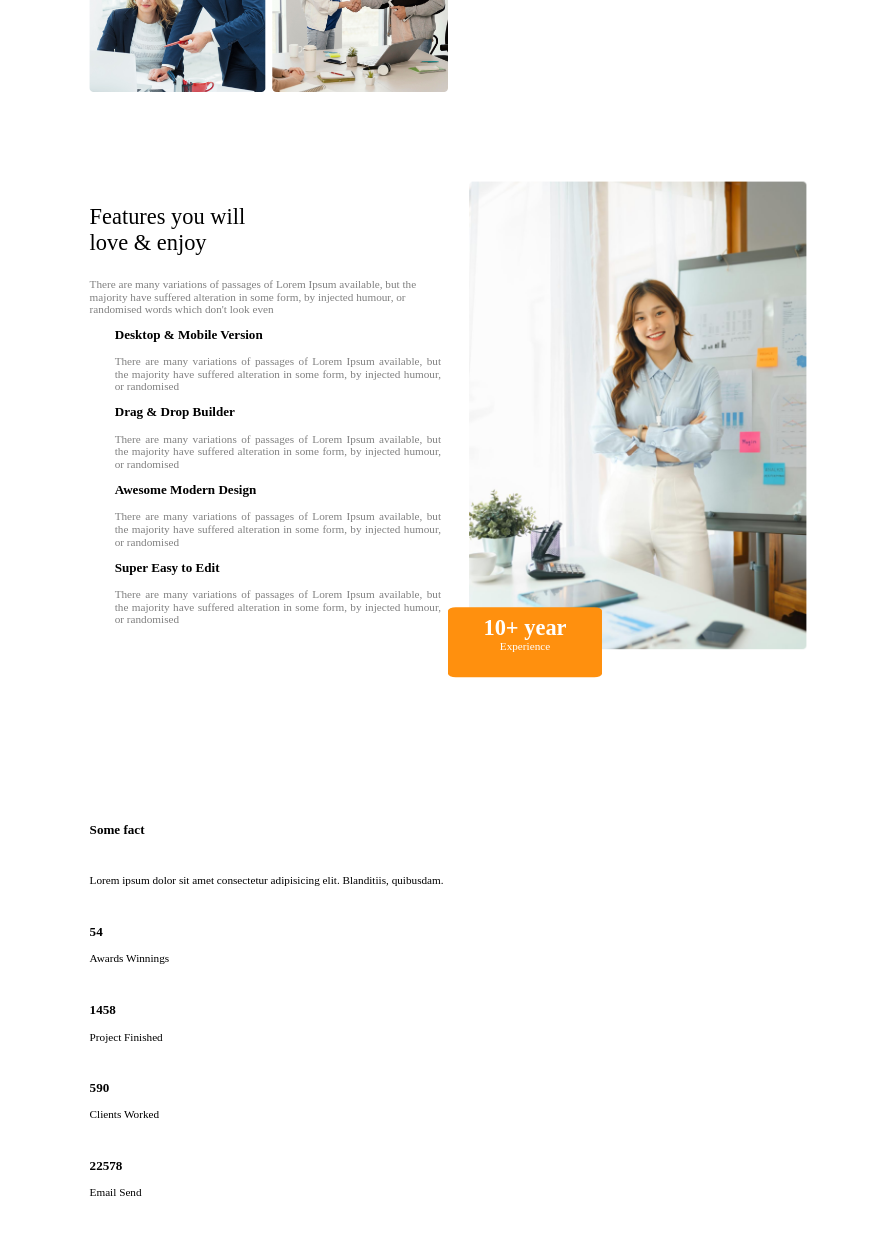
Repository: sadiaafsana138/Architect
Page: index.html
An editor plug-in stored every save of this project. The page is shown before and after the next save, followed by the edit.
The browser window is 1280 px wide. The pictures show the part of the page from y = 1458 to 3378 px (the page is 3251 px tall before and 3378 px after), at 70% of full size.

Above is the page before, as saved 2023-01-16 17:53:10.
Not found: images/icons/ecom.png
Not found: images/icons/js.png
Not found: images/icons/smoke.png

### index.html
<!DOCTYPE html>
<html lang="en">

<head>
  <meta charset="UTF-8" />
  <meta http-equiv="X-UA-Compatible" content="IE=edge" />
  <meta name="viewport" content="width=device-width, initial-scale=1.0" />
  <!-- CSS Stylesheet -->
  <link rel="stylesheet" href="style.css" />
  <title>G3 Architects</title>
</head>

<body>
  <!-- Head Section -->
  <header>
    <div class="top-head container">
      <div class="logo">
        <a href="">G3 Architects</a>
      </div>
      <nav class="navigation">
        <ul class="navigation-items">
          <li><a href="#">Home</a></li>
          <li><a href="#">About</a></li>
          <li><a href="#">Contact Us</a></li>
          <li><a href="#">Log In</a></li>
        </ul>
      </nav>
    </div>
    <div class="top-section container">
      <div class="top-bar-product">
        <div class="top-text">
          <h1>Brand New</h1>
          <h1>Group of Architects</h1>
          <p>
            There are many variations of passages of Lorem Ipsum available,
            but the majority have suffered <br>
            alteration in some form, by
            injected humour, or randomised words which don't look even
          </p>
          <br />
          <a href="#" class="link-btn">Explore More </a>
        </div>
        <div class="top-img">
          <img src="./images/banner.png" alt="" />
        </div>
      </div>
    </div>
  </header>
  <!--section Quick list of Our Features-->
  <section class="section-2">
    <div class="sec2div1">
      <img src="images/team1.png" alt="">

      </img>
      <img src="images/team2.png" alt="">

      </img>
      <img src="images/team3.png" alt="">

      </img>
      <img src="images/team4.png" alt="">

      </img>
    </div>
    <div class="sec2div2">
      <h2><span class="sp1">Quick list</span> of Our <br>
        <span id="sp2">Features</span>
      </h2>
      <p class="sp1">Lorem ipsum dolor sit amet consectetur adipisicing elit. Explicabo praesentium natus soluta labore
        temporibus beatae, dolorum iure autem quod enim!</p>
      <a href="#" class="link-btn">Explore More </a>
    </div>
  </section>
  <!--section-3 Features you will love & enjoy-->
  <section class="section-2">
    <div class="sec3div1">
      <p id="sec3font">Features you will<br>
        love & enjoy</p>
      <p class="sp1">
        There are many variations of passages of Lorem Ipsum available, but the majority have suffered alteration in
        some form, by injected humour, or randomised words which don't look even
      </p>
      <div class="sec3">
        <h3 class="sec3title">Desktop & Mobile Version</h3>
        <p class="sec3subtitle">
          There are many variations of passages of Lorem Ipsum available, but the majority have suffered alteration in
          some form, by injected humour, or randomised
        </p>
      </div>
      <div class="sec3">
        <h3 class="sec3title">Drag & Drop Builder</h3>
        <p class="sec3subtitle">
          There are many variations of passages of Lorem Ipsum available, but the majority have suffered alteration in
          some form, by injected humour, or randomised
        </p>
      </div>
      <div class="sec3">
        <h3 class="sec3title">Awesome Modern Design</h3>
        <p class="sec3subtitle">
          There are many variations of passages of Lorem Ipsum available, but the majority have suffered alteration in
          some form, by injected humour, or randomised
        </p>
      </div>
      <div class="sec3">
        <h3 class="sec3title">Super Easy to Edit</h3>
        <p class="sec3subtitle">
          There are many variations of passages of Lorem Ipsum available, but the majority have suffered alteration in
          some form, by injected humour, or randomised
        </p>
      </div>
    </div>
    <div class="sec3div2">
      <img src="images/architect.png" alt="">
      <a href="#" class="link-btn1"><span class="sp3">10+ year</span><br> Experience </a>
    </div>
  </section>
  <!--section-4 Some Facts-->
  <section class="section-2">
    <div>
      <h3>
        Some fact
      </h3><br>
      <p classs="sp1">Lorem ipsum dolor sit amet consectetur adipisicing elit. Blanditiis, quibusdam.

      </p>

      <div id="sec4items">

        <div>
          <img class="img3" src="images/icons/web.png" alt=""><br>
          <H3>54</H3>
          <p class="text3">Awards Winnings</p>
        </div>
        <div>
          <img class="img3" src="images/icons/js.png" alt=""><br>
          <H3>1458</H3>
          <p class="text3">Project Finished</p>
        </div>
        <div>
          <img class="img3" src="images/icons/smoke.png" alt=""><br>
          <H3>590</H3>
          <p class="text3">Clients Worked</p>
        </div>
        <div>
          <img class="img3" src="images/icons/ecom.png" alt=""><br>
          <H3>22578</H3>
          <p class="text3">Email Send</p>
        </div>
      </div>
    </div>
  </section>
</body>

</html>

### style.css
@import url("https://fonts.googleapis.com/css2?family=Inter:wght@700&family=Manrope:wght@700&display=swap");

/* common styles or utilities */
* {
  padding: 0;
  box-sizing: border-box;
  font-family: "Poppins";
}

html {
  scroll-behavior: smooth;
}

body {
  font-family: "Poppins";
  margin: 0;
}

h1 {
  font-weight: 500;
}

a {
  text-decoration: none;
}

main {
  display: flex;
  flex-direction: column;
  align-items: center;
  justify-content: center;
  margin-top: 2%;
}

.container {
  max-width: 960px;
  margin: 0 auto;
  padding: 0 20px;
}

.link-btn , .link-btn1{
  background-color: #ff900e;
  color: white;
  padding: 10px 30px;
  transition: 0.4s all ease-in-out;
}

.link-btn:hover , .link-btn1:hover{
  background-color: transparent;
  border: 1px solid #ff900e;
  color: #ff900e;
}
.link-btn1{
  height: 100px;
  width:220px;
  border-radius: 5%;
  position:relative;
  top: -60px;
  padding-top: 10px;
  text-align: center;

}

/* Header Section */
header {
  padding: 10px 0;
  background-color: rgba(255, 144, 14, 0.1);
}

header .container {
  max-width: 1170px;
  display: flex;
  justify-content: space-between;
  align-items: center;
}

.logo {
  display: flex;
}

.logo a {
  color: black;
  font-weight: 700;
  font-size: 20px;
}

.navigation {
  display: flex;
}

.navigation-items {
  display: flex;
  align-items: center;
}

.navigation-items li {
  list-style: none;
  padding: 0 20px;
}

.navigation-items li a {
  color: black;
  font-size: 12px;
  position: relative;
}

.navigation-items li a:after {
  content: "";
  position: absolute;
  background-color: #ff900e;
  height: 3px;
  width: 0;
  left: 0;
  bottom: -10px;
  transition: 0.3s;
}

.navigation-items li a:hover:after {
  width: 100%;
}

/* Top Bar Infos */
.top-section.container {
  margin-top: 5%;
}

.top-bar-product {
  text-align: center;
}

.top-text h1 {
  font-weight: 700;
  font-size: 45px;
}

.top-text p {
  font-size: 14px;
  text-align: center;
}

.top-img {
  width: 100%;
  margin-top: 50px;
}
.top-img img {
  width: 100%;
}
/*Section 2 Quick list of Our Features*/
.sp1{
  color: gray;
}
#sp2{
  color: #ff900e;
}
.section-2{
  display:grid;
  grid-template-columns: repeat(2,1fr);
  padding-left: 10%;
  padding-right: 10%;
  padding-top: 5%;
  padding-bottom: 5%;

}
.sec2div1{
  display: grid;
  grid-template-columns: repeat(2,1fr);
  row-gap: 10px;
  column-gap: 10px;
}
.sec2div1 img{
  width: 100%;
}
.sec2div2{
  padding-left: 35px;
  padding-top: 100px;
}
/*--section-3 Features you will love & enjoy*/
.sec3div2{
  display: grid;
}
.sec3div2 img{
  width: 100%;
  padding-left:30px;
}
.sp3{
  font-weight: 800;
  font-size: xx-large;
}
#sec3font{
  font-weight:1000px;
  font-size: xx-large;
}
.sec3div1::after{
  content: '';
  width:10px;
  height:60%;
  color:#ff900e;
}
.sec3{
  background-color: white;
}
.sec3title{
  margin-left: 7%;
  margin-top: 10px;
  text-align: justify;
}
.sec3subtitle{
  margin-left: 7%;
  margin-top: 10px;
  color: gray;
  text-align: justify;
  margin-right: 10px;
}
/*--section-4 Some Facts*/























/* Media Queries */
@media only screen and (max-width: 688px) {
  .navigation {
    display: none;
  }
  .container {
    width: 100%;
  }
  .top-bar-product {
    flex-direction: column;
  }
  .top-img {
    order: 1;
  }
  .top-text {
    order: 2;
    text-align: center;
  }
  .section-2{
    display:grid;
    grid-template-columns: repeat(1,1fr);
  }
  .sec2div1{
    display: grid;
    grid-template-columns: repeat(1,1fr);
  }

}
@media only screen and (min-width: 688px) and (max-width: 992px) {
  .container {
    width: 100%;
  }
  .section-2{
    display:grid;
    grid-template-columns: repeat(1,1fr);
  }
  .sec2div1{
    display: grid;
    grid-template-columns: repeat(2,1fr);
  }
}

After the next save:
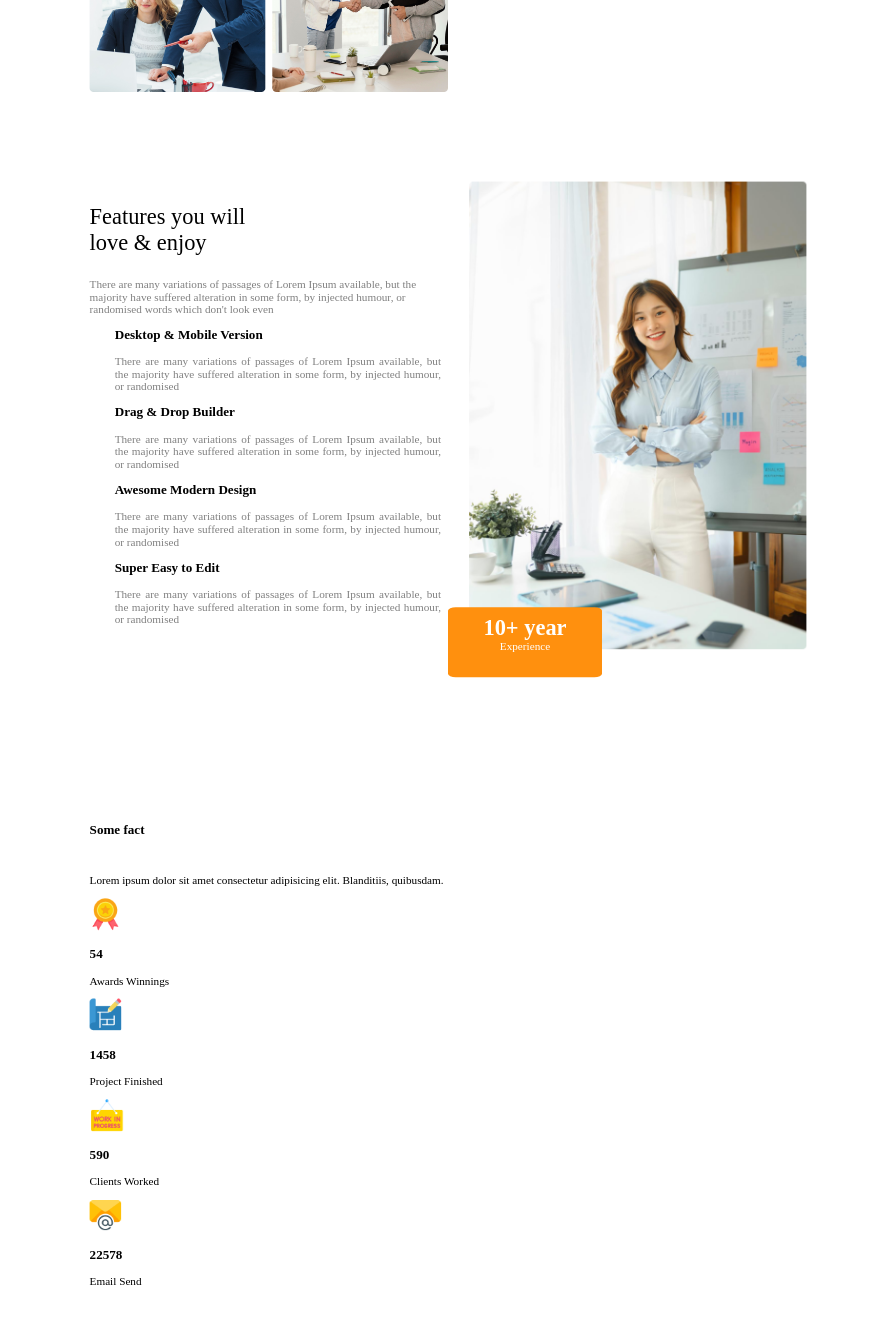
Saved 5 min 22 s later.
--- a/index.html
+++ b/index.html
@@ -120,29 +120,30 @@
       <h3>
         Some fact
       </h3><br>
-      <p classs="sp1">Lorem ipsum dolor sit amet consectetur adipisicing elit. Blanditiis, quibusdam.
+      <p classs="sp1">
+        Lorem ipsum dolor sit amet consectetur adipisicing elit. Blanditiis, quibusdam.
 
       </p>
 
       <div id="sec4items">
 
         <div>
-          <img class="img3" src="images/icons/web.png" alt=""><br>
+          <img src="images/icons/ribon.png" alt=""><br>
           <H3>54</H3>
           <p class="text3">Awards Winnings</p>
         </div>
         <div>
-          <img class="img3" src="images/icons/js.png" alt=""><br>
+          <img src="images/icons/projects.png" alt=""><br>
           <H3>1458</H3>
           <p class="text3">Project Finished</p>
         </div>
         <div>
-          <img class="img3" src="images/icons/smoke.png" alt=""><br>
+          <img  src="images/icons/customers.png" alt=""><br>
           <H3>590</H3>
           <p class="text3">Clients Worked</p>
         </div>
         <div>
-          <img class="img3" src="images/icons/ecom.png" alt=""><br>
+          <img  src="images/icons/email.png" alt=""><br>
           <H3>22578</H3>
           <p class="text3">Email Send</p>
         </div>
